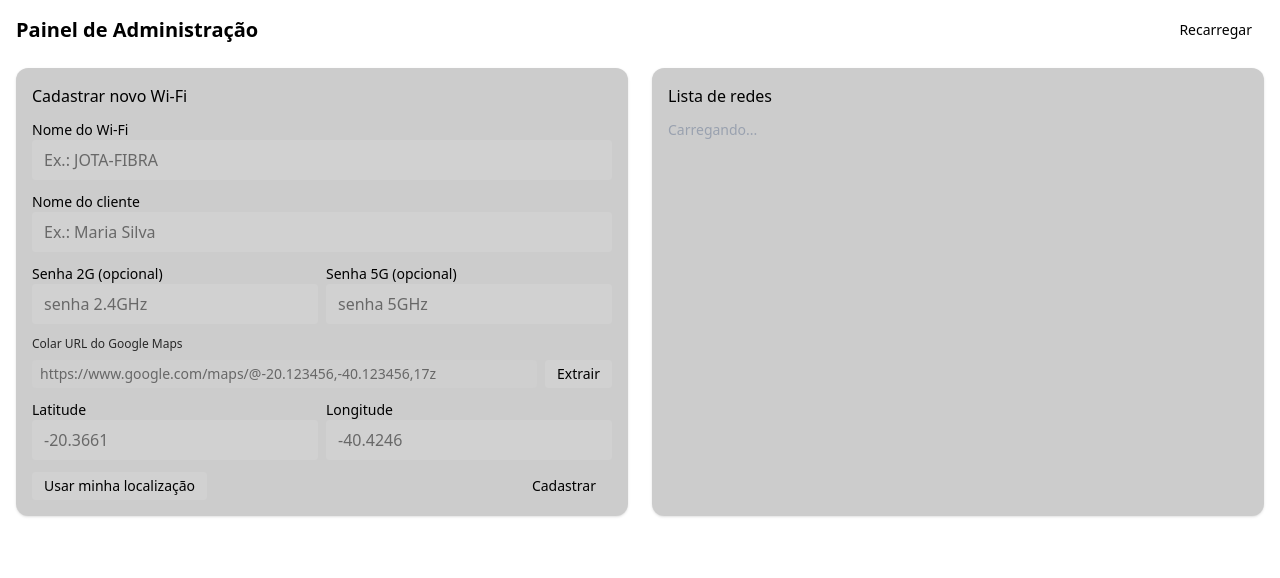
Repository: GRUPOMAX/redes.wifi
Page: /admin
These files come from the project's save history. The page is drawn as it stood at one moment and after the next save; the edit follows.
The browser window is 1280 px wide. The pictures show the whole page.
The page's requests for data from a server got no answer. The project was rebuilt for these pictures with package versions that can differ from the ones it lists, and the page was loaded fresh each time. No one was signed in, and anything a server would have sent is missing. Also part of the build but not shown: vite.config.ts, src/components/MapView.tsx, src/components/FloatingCard.tsx, src/store/useGeo.ts, src/App.tsx, src/components/WifiList.tsx, src/components/MapModal.tsx.

Above is the page before, as saved 2025-10-21 21:48:35.

After the next save:
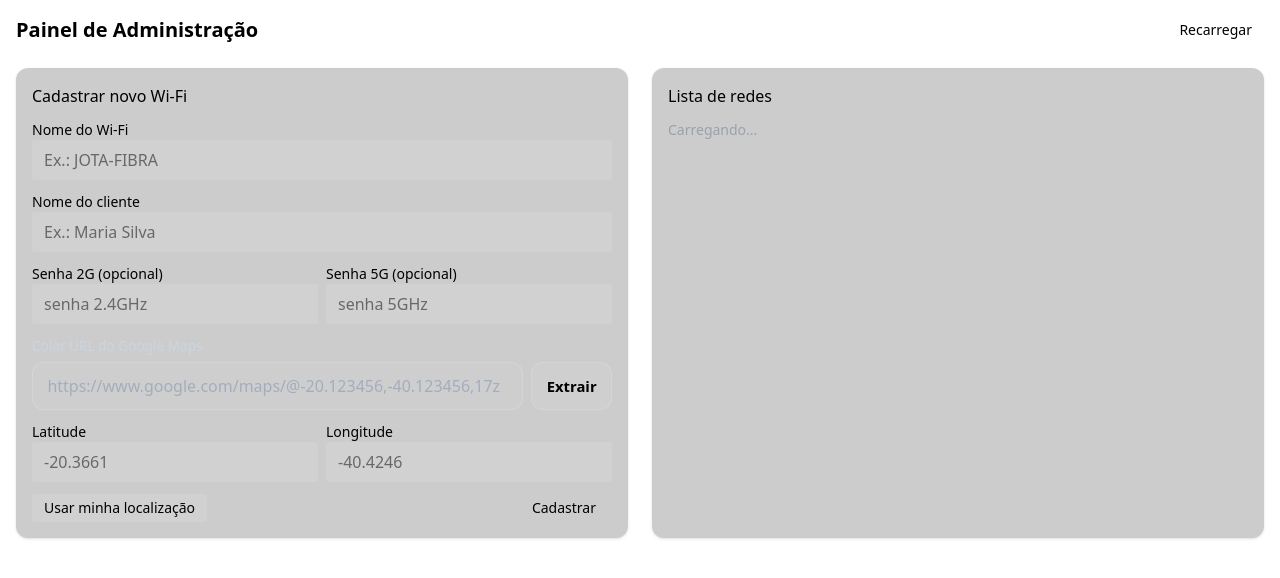
Saved 15 s later.
--- a/src/components/GoogleMapsUrlImporter.tsx
+++ b/src/components/GoogleMapsUrlImporter.tsx
@@ -5,33 +5,23 @@ export type Coords = { lat: number; lng: number };
 export default function GoogleMapsUrlImporter({ onCoords }: { onCoords: (c: Coords) => void }) {
   const [url, setUrl] = useState("");
   const [msg, setMsg] = useState<string | null>(null);
+  const [ok, setOk] = useState<boolean | null>(null);
 
   function parseGoogleMapsUrl(u: string): Coords | null {
     if (!u) return null;
     try {
       const decoded = decodeURIComponent(u.trim());
-
-      // 1) /@lat,lng,zoom
       let m = decoded.match(/@(-?\d+\.\d+),(-?\d+\.\d+)/);
       if (m) return { lat: Number(m[1]), lng: Number(m[2]) };
-
-      // 2) ...!3dLAT!4dLNG...
       m = decoded.match(/!3d(-?\d+\.\d+)!4d(-?\d+\.\d+)/);
       if (m) return { lat: Number(m[1]), lng: Number(m[2]) };
-
-      // 3) ?q=lat,lng
       m = decoded.match(/[?&]q=(-?\d+\.\d+),(-?\d+\.\d+)/);
       if (m) return { lat: Number(m[1]), lng: Number(m[2]) };
-
-      // 4) ?ll=lat,lng
       m = decoded.match(/[?&]ll=(-?\d+\.\d+),(-?\d+\.\d+)/);
       if (m) return { lat: Number(m[1]), lng: Number(m[2]) };
-
-      // 5) fallback: dois floats válidos próximos
       m = decoded.match(/(-?\d+\.\d+)[^\d\-]+(-?\d+\.\d+)/);
       if (m) {
-        const lat = Number(m[1]);
-        const lng = Number(m[2]);
+        const lat = Number(m[1]), lng = Number(m[2]);
         if (Math.abs(lat) <= 90 && Math.abs(lng) <= 180) return { lat, lng };
       }
     } catch {}
@@ -39,32 +29,38 @@ export default function GoogleMapsUrlImporter({ onCoords }: { onCoords: (c: Coor
   }
 
   function handleExtract() {
-    setMsg(null);
+    setMsg(null); setOk(null);
     const coords = parseGoogleMapsUrl(url);
     if (!coords) {
+      setOk(false);
       setMsg("Cole a URL completa do Google Maps (ex.: .../@-20.123456,-40.123456,17z).");
       return;
     }
     onCoords(coords);
-    setMsg(`Extraído: ${coords.lat.toFixed(6)}, ${coords.lng.toFixed(6)}`);
+    setOk(true);
+    setMsg(`OK: ${coords.lat.toFixed(6)}, ${coords.lng.toFixed(6)}`);
     setUrl("");
   }
 
   return (
     <div className="space-y-2">
-      <label className="block text-xs opacity-80">Colar URL do Google Maps</label>
+      <label className="label">Colar URL do Google Maps</label>
       <div className="flex gap-2">
         <input
           value={url}
           onChange={(e) => setUrl(e.target.value)}
           placeholder="https://www.google.com/maps/@-20.123456,-40.123456,17z"
-          className="flex-1 px-2 py-1 rounded bg-white/5 text-sm"
+          className="input"
         />
-        <button type="button" onClick={handleExtract} className="px-3 py-1 rounded bg-white/10 text-sm">
+        <button type="button" onClick={handleExtract} className="btn btn-ghost">
           Extrair
         </button>
       </div>
-      {msg && <div className="text-xs text-gray-300">{msg}</div>}
+      {msg && (
+        <div className={`helper ${ok ? "text-emerald-300" : "text-red-300"}`}>
+          {msg}
+        </div>
+      )}
     </div>
   );
 }
